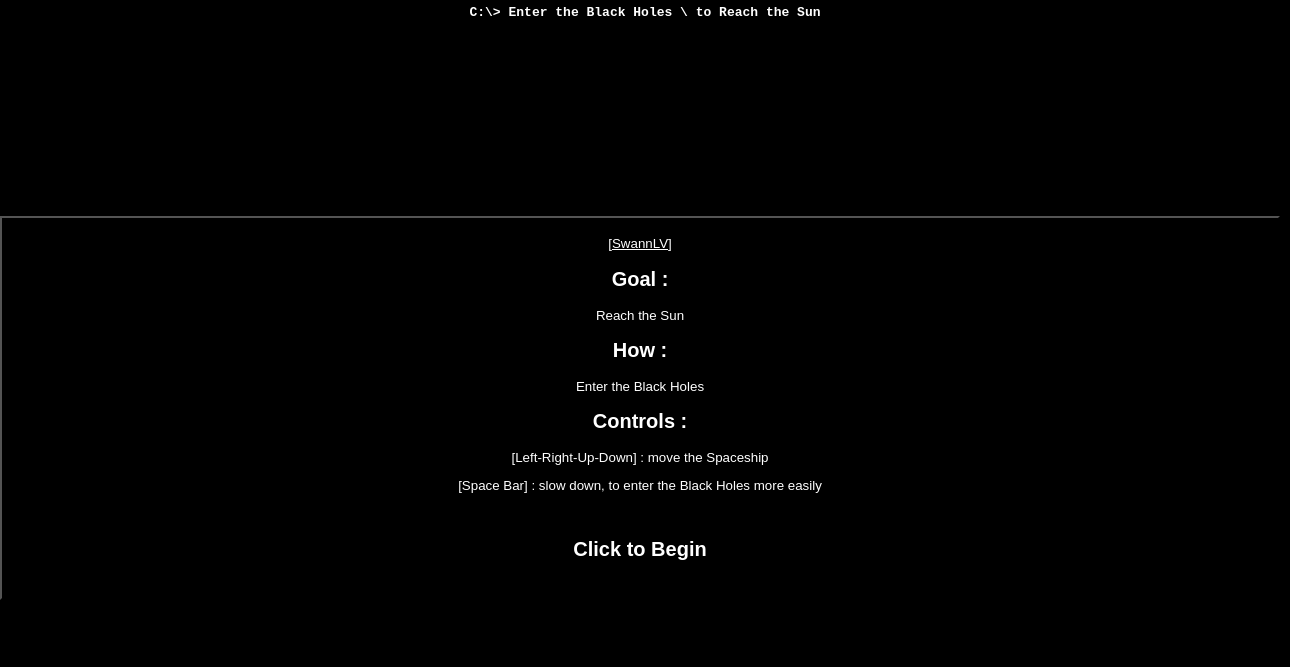
Repository: SwannLV/reach-the-sun
Page: Index.html
The author's editor kept a record of every edit. The page is drawn from the files as they stood at one moment, then again after the next edit.
The browser window is 1280 px wide. The page is 1290 px wide, so the pictures cover 1290 px, including what lies to the right of the window. The pictures show the whole page.
Some web libraries are served in a nearby version.

Above is the page before.
Console error: ReferenceError: THREE is not defined

After the next edit:
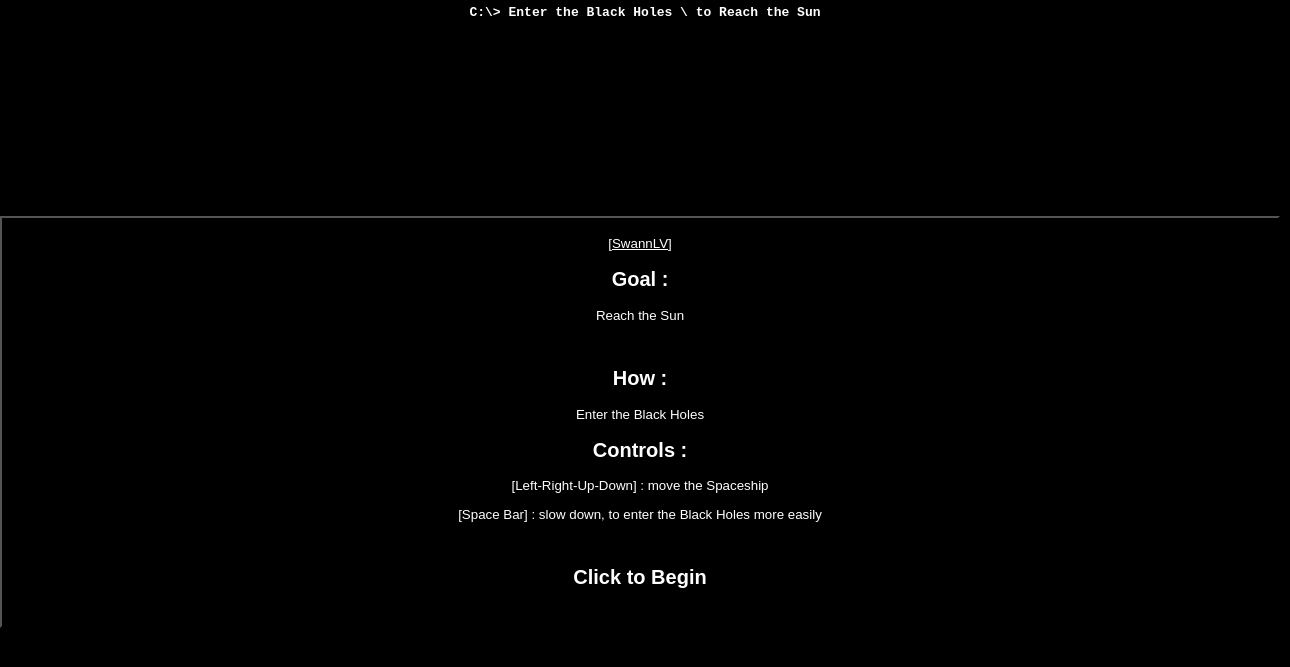
The edit:
--- a/Index.html
+++ b/Index.html
@@ -78,7 +78,7 @@
         <button id="start" style="background-color:black; color:white;">
             <p>[<a href="http://ca.linkedin.com/in/swannlv" target="_blank">SwannLV</a>]</p>
             <h2>Goal :</h2>
-            <p>Reach the Sun</p>
+            <p>Reach the Sun</p><br/>
             <h2>How :</h2>
             <p>Enter the Black Holes</p>
             <h2>Controls :</h2>
